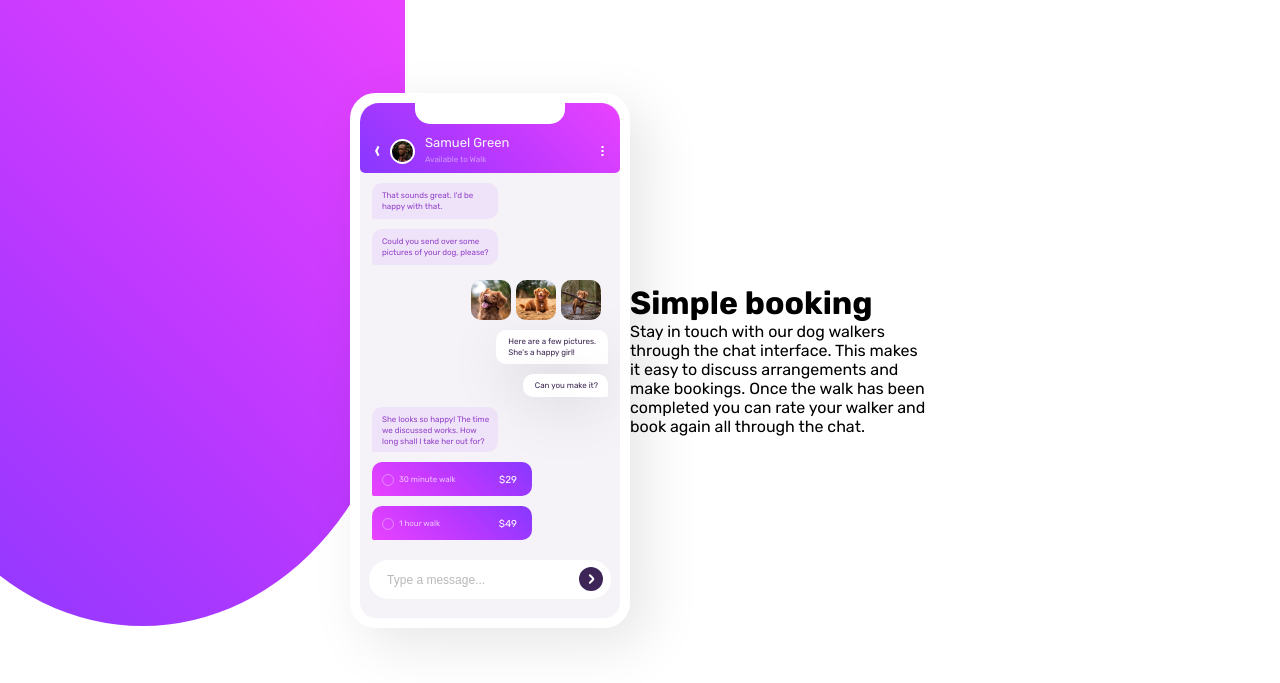
Repository: KamoliddinGIT/chat-app-css-illustration
Page: index.html
An editor plug-in stored every save of this project. The page is shown before and after a run of saves, followed by the edit.
The browser window is 1280 px wide. The pictures show the whole page.

Above is the page before, as saved 2023-09-25 19:56:15.

After the next 2 saves:
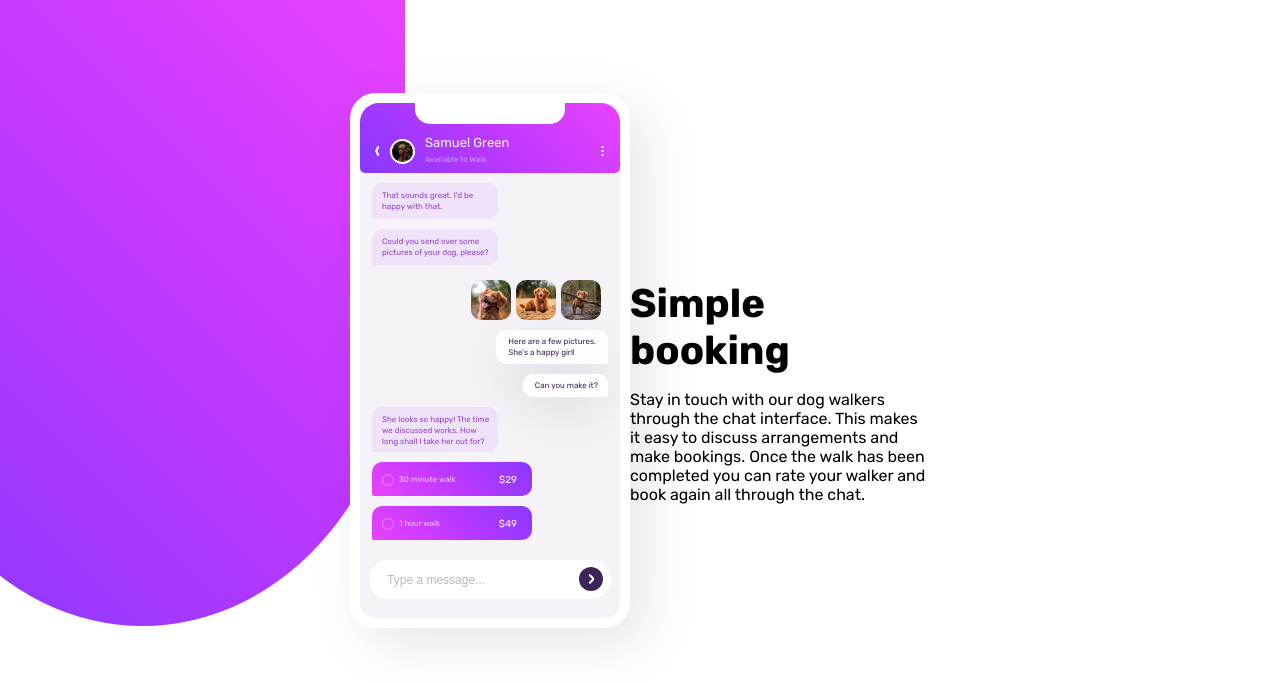
The 2 saves are shown as one change because they came seconds apart.
The last was saved 28 s later.
--- a/css/style.css
+++ b/css/style.css
@@ -246,3 +246,9 @@
 .right-side {
   width: 300px;
 }
+
+.right-side h1 {
+  padding: 4rem 0 1rem 0;
+  font-size: 2.5rem;
+  text-align: start;
+}
